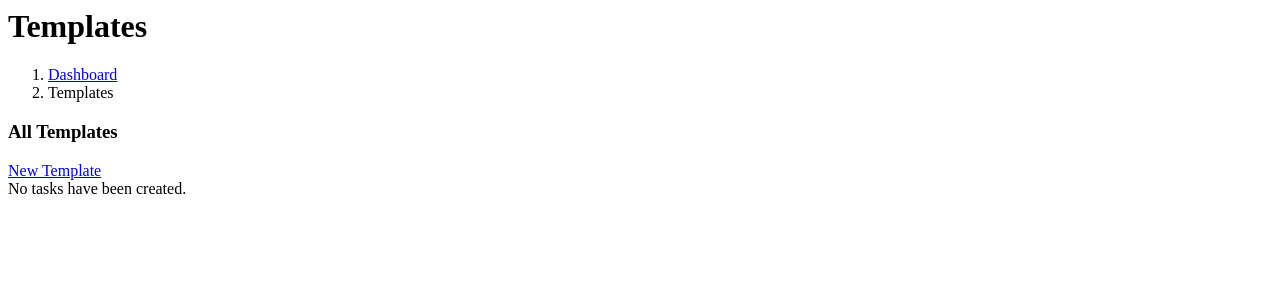
Repository: lcherone/cloud-developer
Page: http://localhost/app/module/cms/view/admin/template/index.php
The author's editor kept a record of every edit. The page is drawn from the files as they stood at one moment, then again after the next edit.
The browser window is 1280 px wide. The pictures show the whole page.
The page is run by PHP 8.4 with error messages shown; the project is at /var/www/html/.

Above is the page before.

After the next edit:
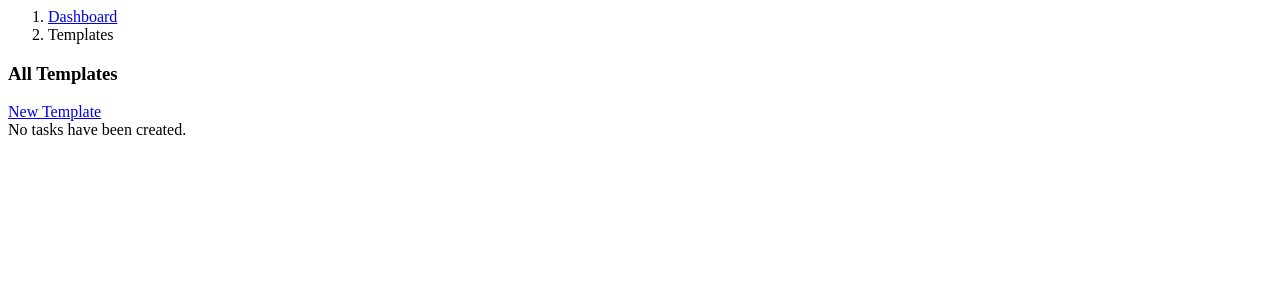
The edit:
--- a/app/module/cms/view/admin/template/index.php
+++ b/app/module/cms/view/admin/template/index.php
@@ -1,8 +1,8 @@
 <div class="row">
     <div class="col-lg-12">
-        <h1 class="page-header">
-            Templates
-        </h1>
+        <!--<h1 class="page-header">-->
+        <!--    Templates-->
+        <!--</h1>-->
         <ol class="breadcrumb">
             <li><a href="/admin"><i class="fa fa-dashboard"></i> Dashboard</a></li>
             <li class="active"><i class="fa fa-columns"></i> Templates</li>
